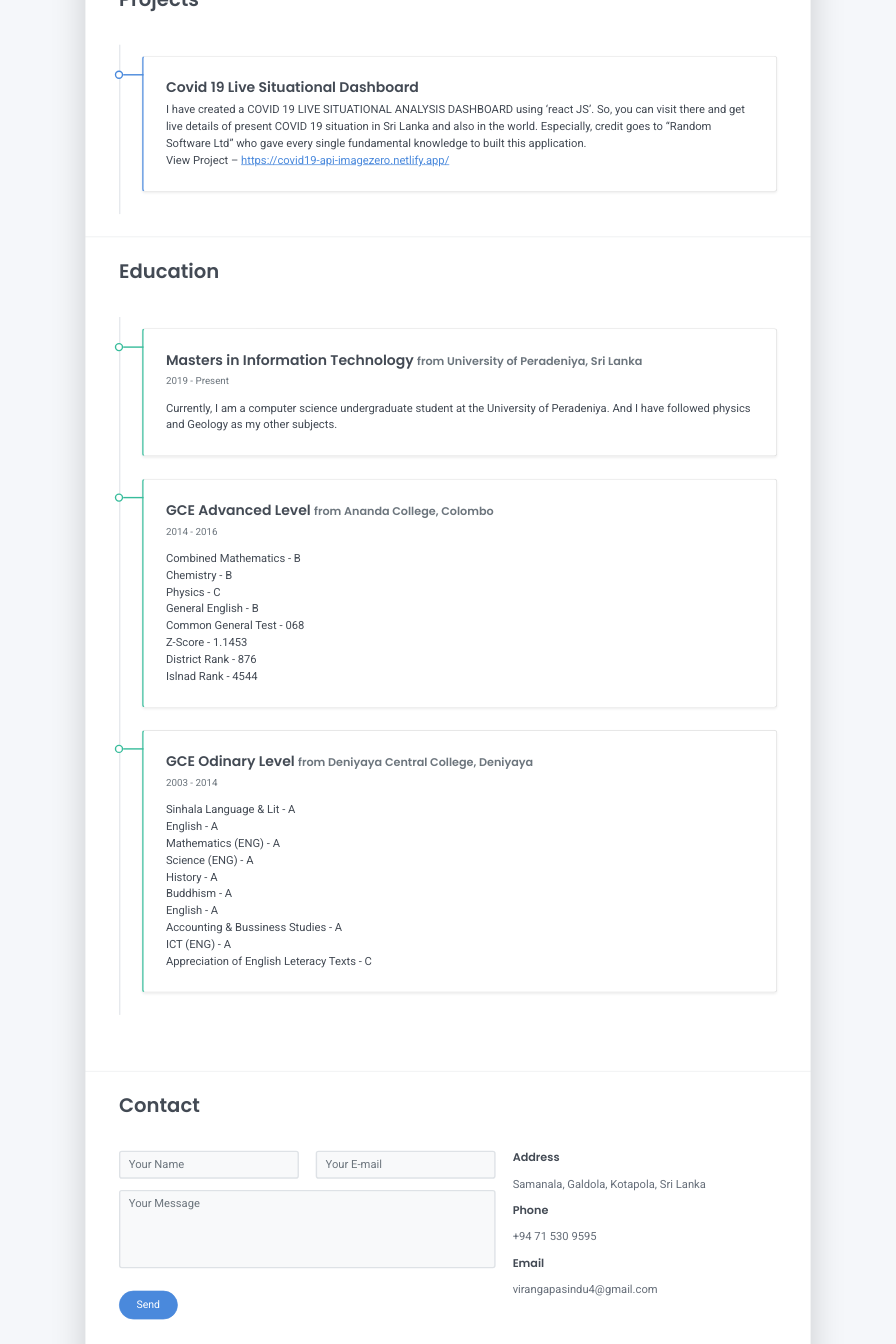
Repository: virangaj/resume
Page: index.html
These files come from the project's save history. The page is drawn as it stood at one moment and after the next save; the edit follows.
The browser window is 1280 px wide. The pictures show the part of the page from y = 2037 to 3957 px (the page is 4281 px tall before and 4321 px after), at 70% of full size.

Above is the page before, as saved 2021-08-31 19:59:21.

After the next save:
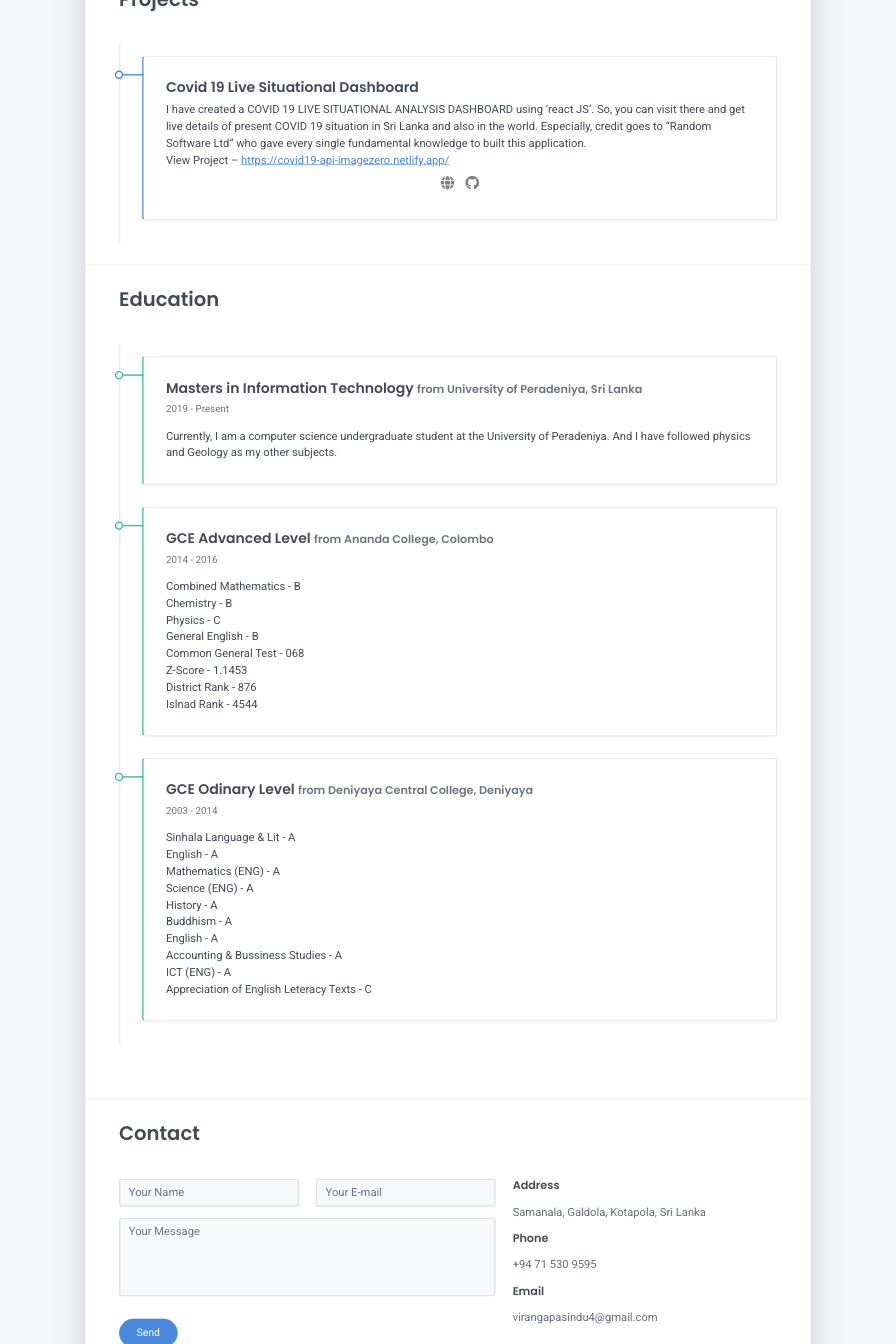
Saved 6 min 21 s later.
--- a/index.html
+++ b/index.html
@@ -446,6 +446,32 @@
 											>https://covid19-api-imagezero.netlify.app/</a
 										>
 									</div>
+                  <div class="footer-nav">
+						<nav role="navigation">
+							<ul class="nav justify-content-center">
+
+
+								<li class="nav-item">
+									<a
+										class="nav-link"
+										href="https://www.instagram.com/pasiya_k9/"
+										title="Instagram"
+										><i class="fas fa-globe"></i></i
+										></a
+									>
+								</li>
+								<li class="nav-item">
+									<a
+										class="nav-link"
+										href="https://github.com/Viranga-pasi/Covid19-dashboard-netlify"
+										title="Github"
+										><i class="fab fa-github"></i
+										></a
+									>
+								</li>
+							</ul>
+						</nav>
+					</div>
 								</div>
 							</div>
 						</div>
